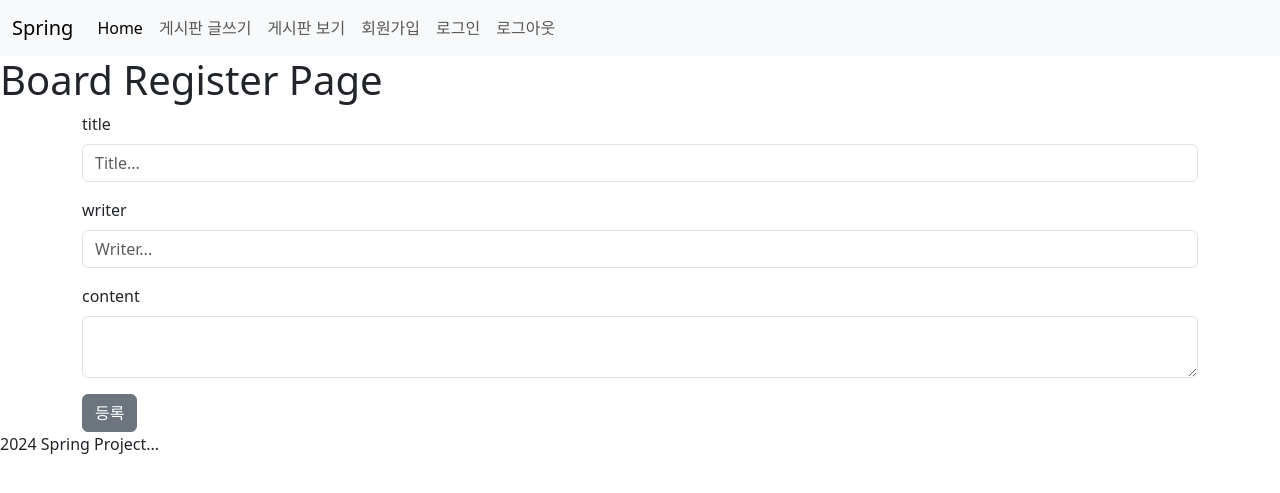
Repository: leechanggyu1118/Spring
Page: http://localhost/spring_study/WEB-INF/views/board/register.jsp
These files come from the project's save history. The page is drawn as it stood at one moment and after the next save; the edit follows.
The browser window is 1280 px wide. The pictures show the whole page.
The page is served by Tomcat 9. Nobody is signed in. The template is opened directly, without the code that normally fills it, so the values that code supplies are empty.

Above is the page before, as saved 2024-04-24 05:48:01.

### spring_study/src/main/webapp/WEB-INF/views/board/register.jsp
<%@ page language="java" contentType="text/html; charset=UTF-8"
	pageEncoding="UTF-8"%>
	<jsp:include page="../layout/header.jsp"></jsp:include>

	<h1>Board Register Page</h1>
	<div class="container-md">
		<form action="/board/insert" method="post">

			<div class="mb-3">
				<label for="t" class="form-label">title</label>
				<input type="text" class="form-control" name="title" id="t" placeholder="Title...">
			</div>

			<div class="mb-3">
				<label for="w" class="form-label">writer</label>
				<input type="text" class="form-control" name="writer" id="w" placeholder="Writer...">
			</div>

			<div class="mb-3">
				<label for="c" class="form-label">content</label>
				<textarea class="form-control" id="c" name="content" aria-label="With textarea"></textarea>
			</div>

			<button type="submit" class="btn btn-secondary">등록</button>
		</form>
	</div>

		<jsp:include page="../layout/footer.jsp"></jsp:include>

### spring_study/src/main/webapp/WEB-INF/views/layout/header.jsp
<%@ page language="java" contentType="text/html; charset=UTF-8"
    pageEncoding="UTF-8"%>
<!DOCTYPE html>
<html>
<head>
<meta charset="UTF-8">
<title>header.jsp</title>
<link href="https://cdn.jsdelivr.net/npm/bootstrap@5.3.3/dist/css/bootstrap.min.css" rel="stylesheet" integrity="sha384-QWTKZyjpPEjISv5WaRU9OFeRpok6YctnYmDr5pNlyT2bRjXh0JMhjY6hW+ALEwIH" crossorigin="anonymous">
<script src="https://cdn.jsdelivr.net/npm/bootstrap@5.3.3/dist/js/bootstrap.bundle.min.js" integrity="sha384-YvpcrYf0tY3lHB60NNkmXc5s9fDVZLESaAA55NDzOxhy9GkcIdslK1eN7N6jIeHz" crossorigin="anonymous"></script>
</head>
<body>

<nav class="navbar navbar-expand-lg bg-body-tertiary">
  <div class="container-fluid">
    <a class="navbar-brand" href="#">Spring</a>
    <button class="navbar-toggler" type="button" data-bs-toggle="collapse" data-bs-target="#navbarSupportedContent" aria-controls="navbarSupportedContent" aria-expanded="false" aria-label="Toggle navigation">
      <span class="navbar-toggler-icon"></span>
    </button>
    <div class="collapse navbar-collapse" id="navbarSupportedContent">
      <ul class="navbar-nav me-auto mb-2 mb-lg-0">
        <li class="nav-item">
          <a class="nav-link active" aria-current="page" href="/">Home</a>
        </li>
        <li class="nav-item">
          <a class="nav-link" href="/board/register">게시판 글쓰기</a>
        </li>
        <li class="nav-item">
          <a class="nav-link" href="/board/list">게시판 보기</a>
        </li>
        <li class="nav-item">
          <a class="nav-link" href="#">회원가입</a>
        </li>
        <li class="nav-item">
          <a class="nav-link" href="#">로그인</a>
        </li>
        <li class="nav-item">
          <a class="nav-link" href="#">로그아웃</a>
        </li>

        </ul>
    </div>
  </div>
</nav>

### spring_study/src/main/webapp/WEB-INF/views/layout/footer.jsp
<%@ page language="java" contentType="text/html; charset=UTF-8"
    pageEncoding="UTF-8"%>
<div>
	2024 Spring Project...
</div>

</body>
</html>

After the next save:
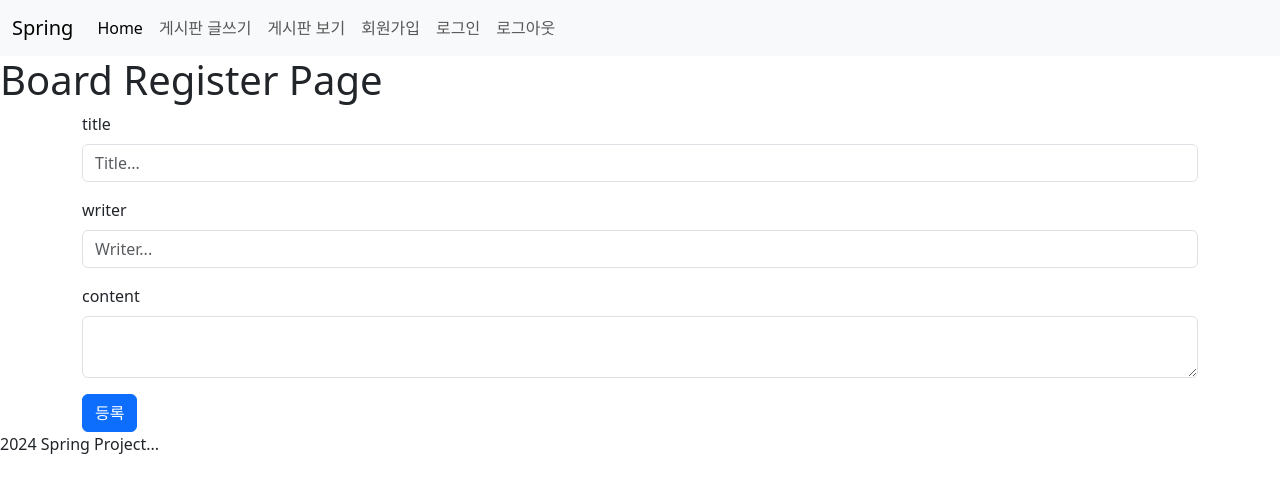
Saved 2 min 43 s later.
--- a/spring_study/src/main/webapp/WEB-INF/views/board/register.jsp
+++ b/spring_study/src/main/webapp/WEB-INF/views/board/register.jsp
@@ -21,7 +21,7 @@
 				<textarea class="form-control" id="c" name="content" aria-label="With textarea"></textarea>
 			</div>
 
-			<button type="submit" class="btn btn-secondary">등록</button>
+			<button type="submit" class="btn btn-primary">등록</button>
 		</form>
 	</div>
 
